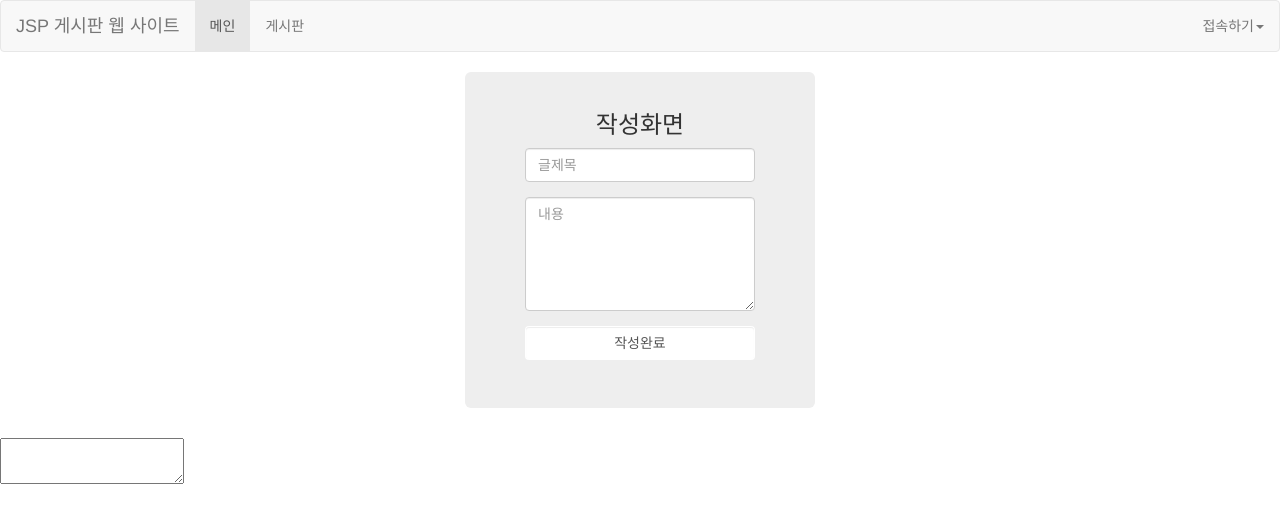
Repository: dirn0568/project
Page: http://localhost/myWeb/write.jsp
An editor plug-in stored every save of this project. The page is shown before and after the next save, followed by the edit.
The browser window is 1280 px wide. The pictures show the whole page.
Some web libraries are served in a nearby version. The page is served by Tomcat 9.

Above is the page before, as saved 2022-10-07 14:51:13.

After the next save:
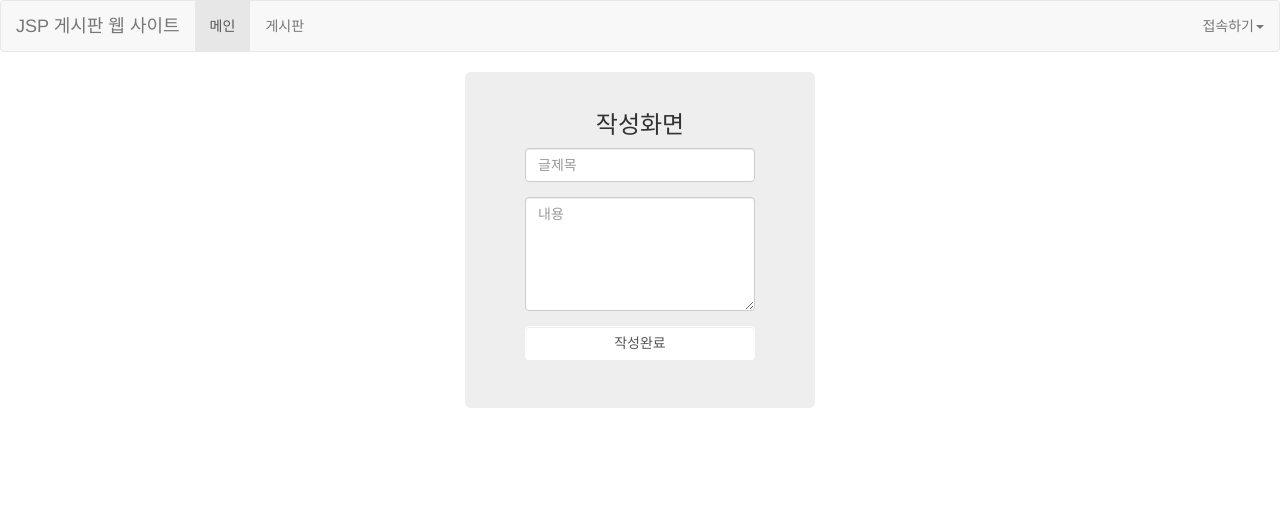
Saved 11 s later.
--- a/myWeb/src/main/webapp/write.jsp
+++ b/myWeb/src/main/webapp/write.jsp
@@ -81,6 +81,5 @@
 	</div>
 	<script src="https://code.jquery.com/jquery-3.1.1.min.js"></script>
 	<script src="js/bootstrap.js"></script>
-	<textarea rows="" cols=""></textarea>
 </body>
 </html>
